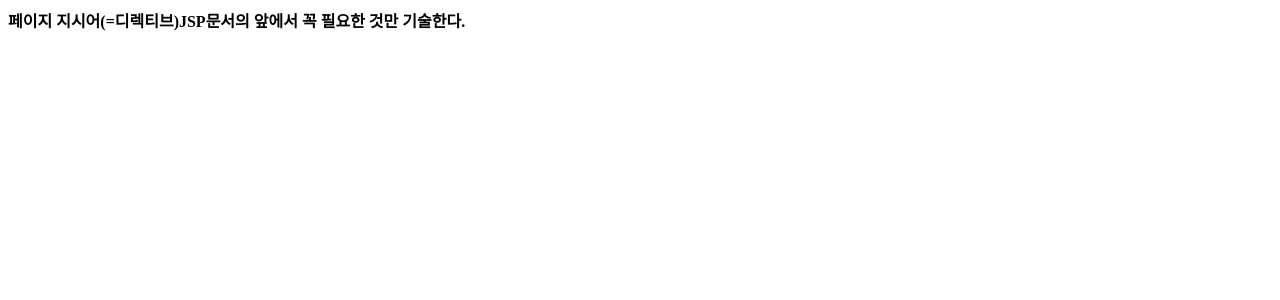
Repository: binkalos/JSP-STUDY
Page: http://localhost/Test/2019-06-13.jsp
An editor plug-in stored every save of this project. The page is shown before and after a run of saves, followed by the edit.
The browser window is 1280 px wide. The pictures show the whole page.
The page is served by Tomcat 9.

Above is the page before, as saved 2019-06-12 23:34:40.

After the next 2 saves:
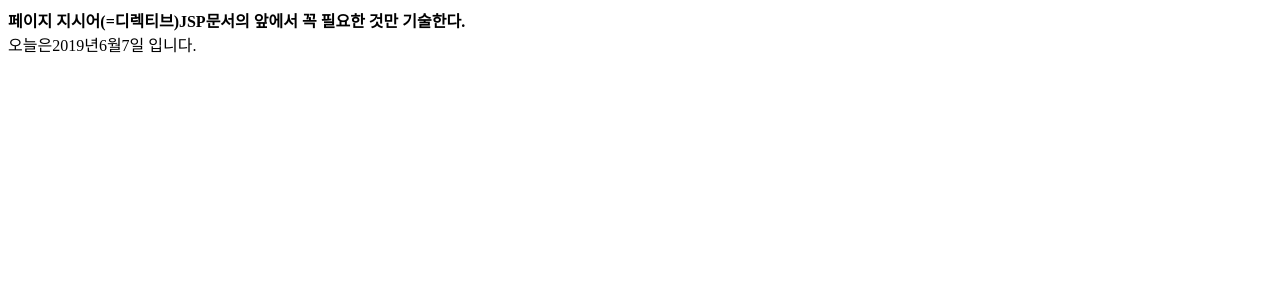
The 2 saves are shown as one change because they came seconds apart.
The last was saved 47 s later.
--- a/Test/WebContent/2019-06-13.jsp
+++ b/Test/WebContent/2019-06-13.jsp
@@ -14,6 +14,7 @@
    int year = date.get(Calendar.YEAR);
    int month = date.get(Calendar.MONTH) + 1;
    int day = date.get(Calendar.DATE);
+   out.print("오늘은"+year+"년"+month+"월"+day+"일 입니다.");
 %>
 </body>
 </html>
